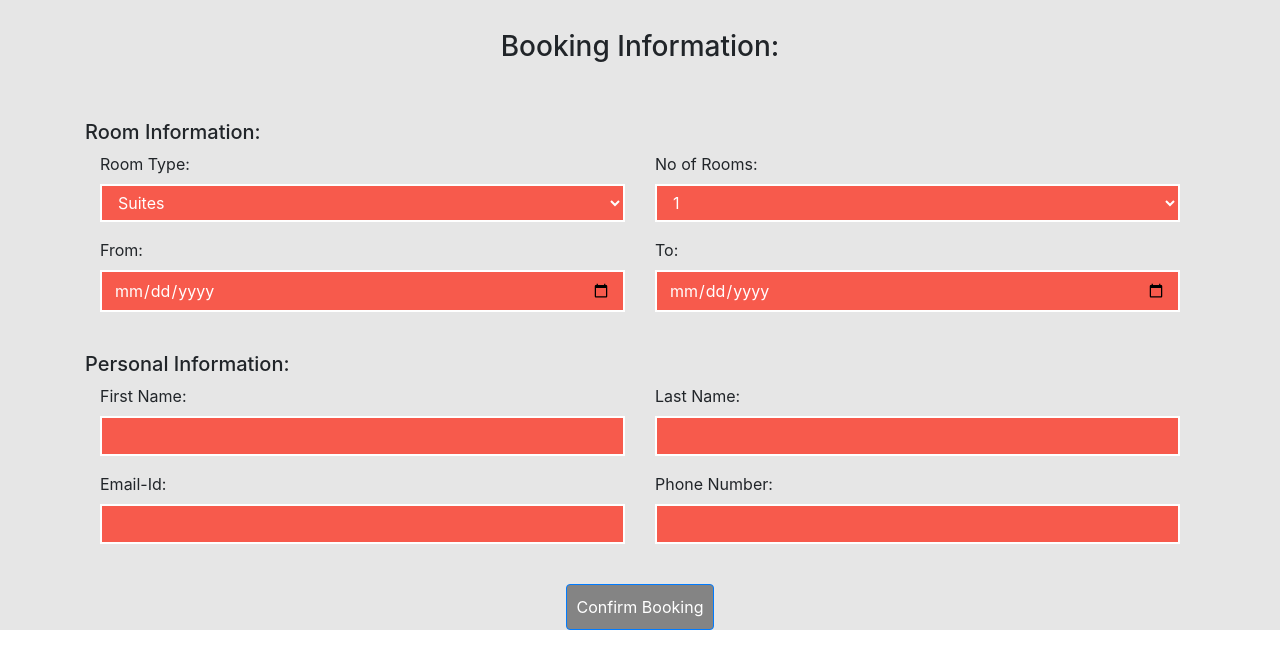
Repository: kapsky5/HotelManagement
Page: booking.html
An editor plug-in stored every save of this project. The page is shown before and after the next save, followed by the edit.
The browser window is 1280 px wide. The pictures show the whole page.

Above is the page before, as saved 2019-11-07 03:53:02.

After the next save:
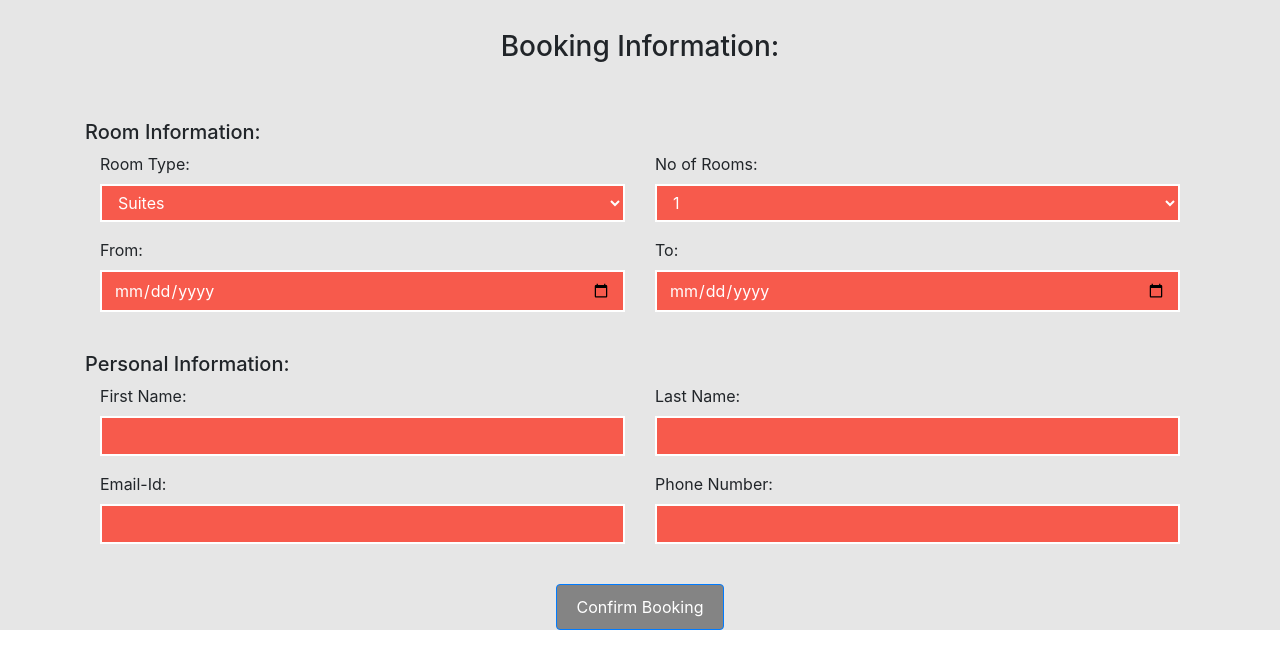
Saved 6 s later.
--- a/booking.html
+++ b/booking.html
@@ -86,7 +86,7 @@
                 </div>
                 <br>
                 <div class="text-center">
-                    <button class="btn btn-primary" type="submit" style="background-color: #848484; padding: 10px;">Confirm Booking</button>
+                    <button class="btn btn-primary" type="submit" style="background-color: #848484; padding: 10px 20px; ">Confirm Booking</button>
                 </div>
             </form>
         </div>
